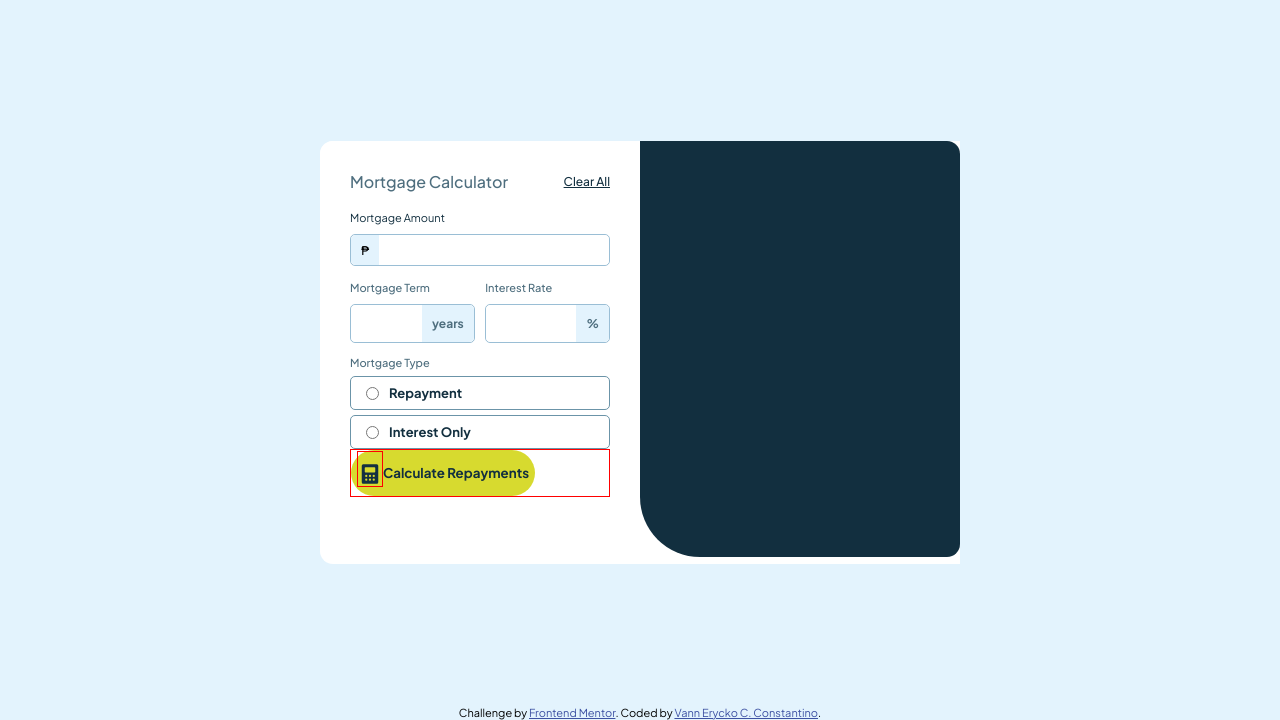
Repository: kocokoy/mortgage-repayment-calculator
Page: index.html
These files come from the project's save history. The page is drawn as it stood at one moment and after the next save; the edit follows.
The browser window is 1280 px wide. The pictures show the whole page.

Above is the page before, as saved 2024-10-29 14:32:02.

After the next save:
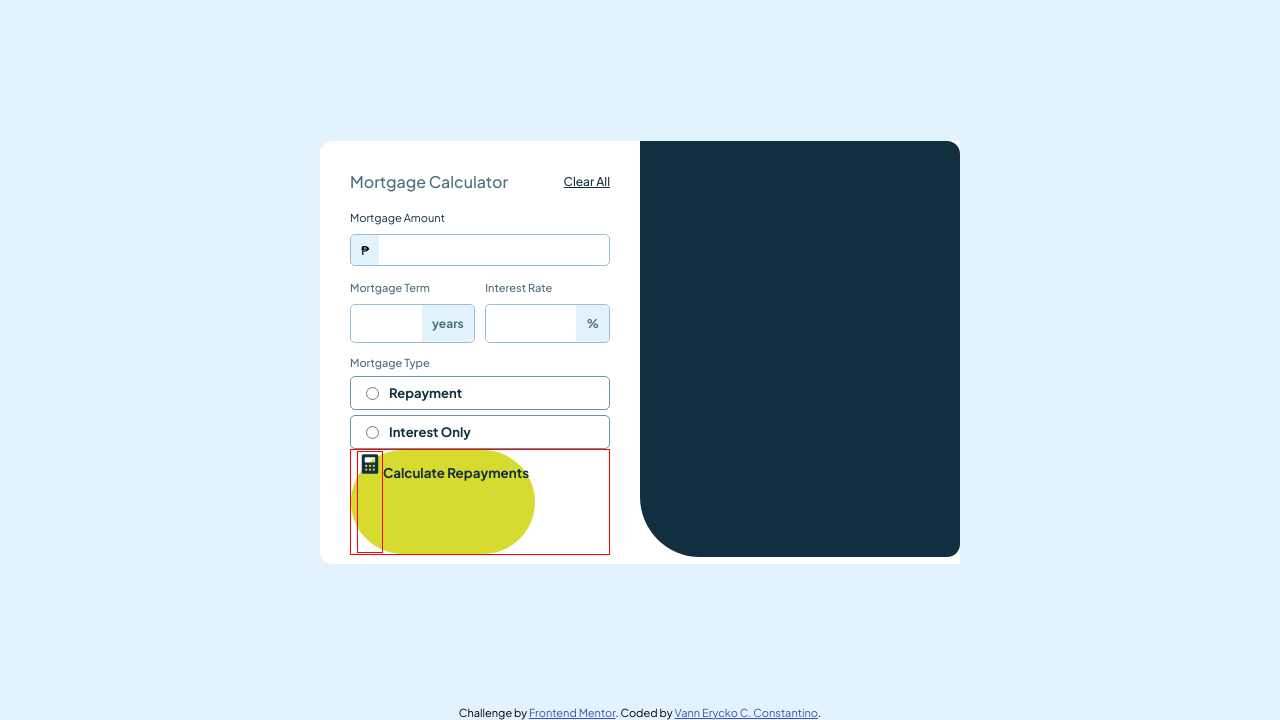
Saved 10 s later.
--- a/styles/style.css
+++ b/styles/style.css
@@ -261,6 +261,5 @@ padding: 30px;
 }
 .mortgage-calculator-type-button button div{
   border: 1px solid red;
-  height: 100%;
-  padding-top: 10px;
-}
+  height: 100px;
+}
